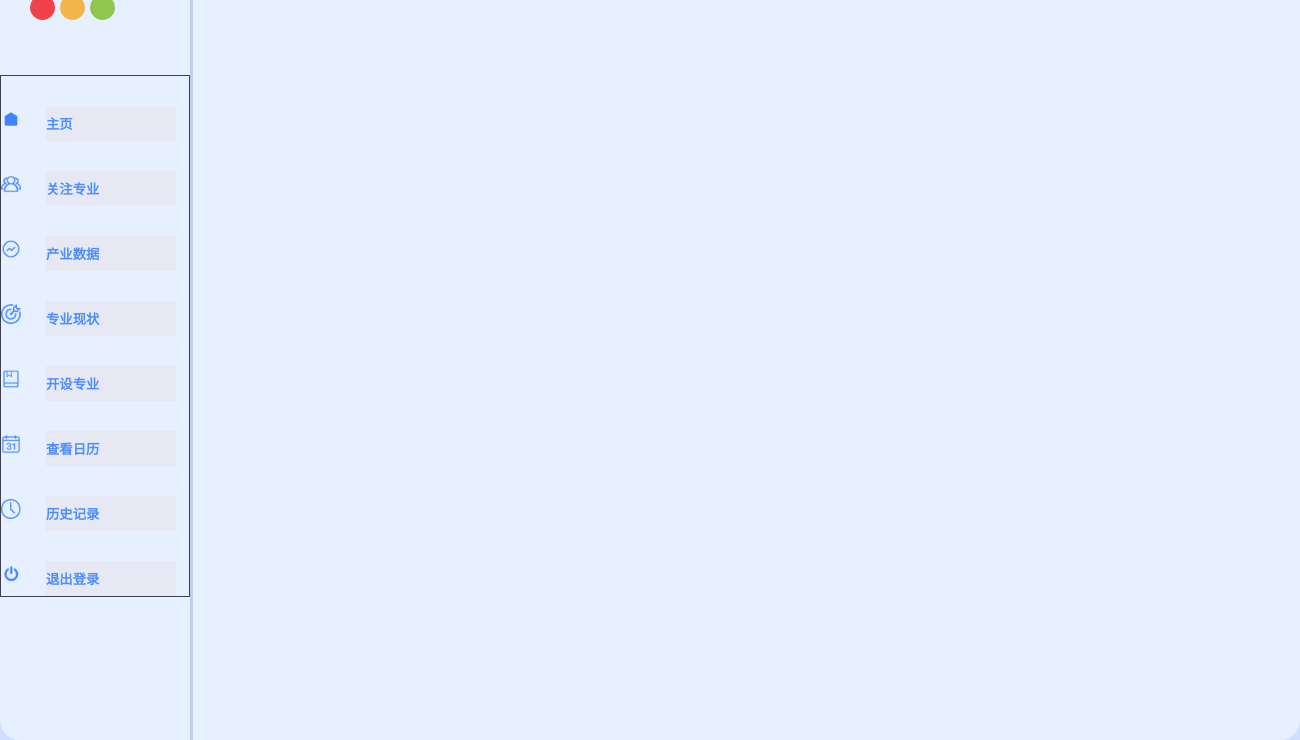
Repository: akaCSDN/test
Page: 2.1主页.html
An editor plug-in stored every save of this project. The page is shown before and after a run of saves, followed by the edit.
The browser window is 1280 px wide. The page is 1300 px wide, so the pictures cover 1300 px, including what lies to the right of the window. The pictures show the whole page.

Above is the page before, as saved 2022-12-02 15:06:32.

### 2.1主页.html
<!DOCTYPE html>
<html lang="en">
<head>
    <meta charset="UTF-8">
    <meta http-equiv="X-UA-Compatible" content="IE=edge">
    <meta name="viewport" content="width=device-width, initial-scale=1.0">
    <title>Document</title>
    <style type="text/css">
        *{
            margin: 0;
            padding: 0;
            border: 0;
        }
        .main{
            width: 1300px;
            height: 760px;
            /* border: 1px solid black; */
            border-radius: 20px;
            background-color: aliceblue;
            opacity: 0.7;
            position: absolute;
            top: 0;
            right: 0;
            bottom: 0;
            left: 0;
            margin: auto;

        }
        .left{
            width: 190px;
            height: 760px;
            border-radius: 20px 0px 0px 20px;
            border-right: 3px solid rgba(146, 169, 213, 0.622);
            /* border: 1px solid black; */
            position: absolute;
        }
        .circle-point{
            width: 100px;
            height: 30px;
            /* border: 1px solid black; */
            margin-left: 25px;
            margin-top: 15px;
        }
        .circle-point div{
            width: 25px;
            height: 25px;
            border-radius: 100% 100% 100% 100%;
            float: left;
            opacity: 1;
            /* position: absolute; */
            margin-left: 5px;

        }
        .button{
            width: auto;
            height: auto;
            border: 1px solid black;
            margin-top: 50px;
        }
        .button ul{
            list-style-type: none;
        }
        .button button{
            width: 130px;
            height: 35px;
            text-align: left;
            margin-left: 25px;
            color: rgba(0, 94, 255, 0.909);
            font-weight: 600;
            margin-top: 30px;

        }
        .button img{
            width: 20px;
            height: 20px;
        }
    </style>
</head>
<body style="background-color: rgb(209, 222, 254);">
    <div class="main">
        <div class="left">
            <div class="circle-point">
                <div style="background-color: red;"></div>
                <div style="background-color: orange;"></div>
                <div style="background-color:rgb(116, 189, 7);"></div>
            </div>
            <div class="button">
                    <img src="./icon/主页.png" alt=""><button>主页</button>
                    <br>
                    <img src="./icon/专业.png" alt=""><button>关注专业</button>
                    <br>
                    <img src="./icon/数据.png" alt=""><button>产业数据</button>
                    <br>
                    <img src="./icon/现状.png" alt=""><button>专业现状</button>
                    <br>
                    <img src="./icon/开设.png" alt=""><button>开设专业</button>
                    <br>
                    <img src="./icon/日历.png" alt=""><button>查看日历</button>
                    <br>
                    <img src="./icon/历史.png" alt=""><button>历史记录</button>
                    <br>
                    <img src="./icon/退出.png" alt=""><button>退出登录</button>

            </div>



        </div>

    </div>
</body>
</html>

After the next 3 saves:
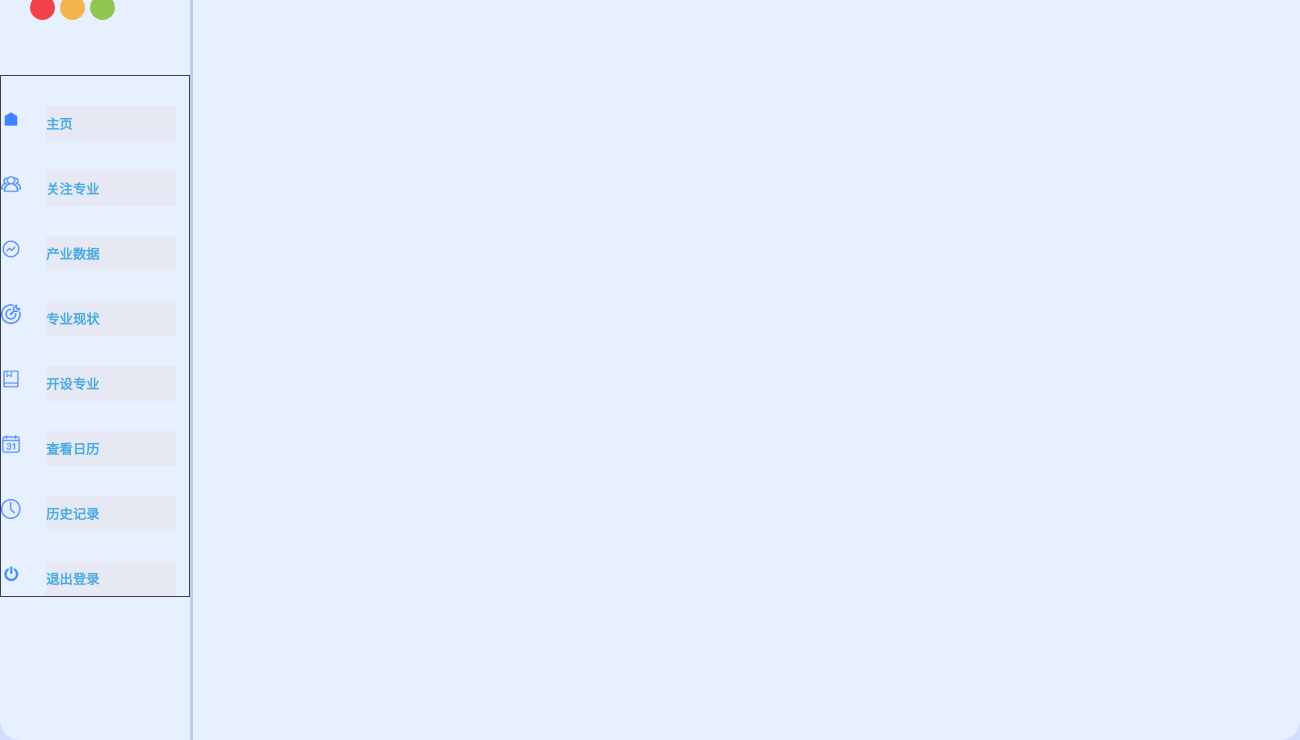
The 3 saves are shown as one change because they came seconds apart.
The last was saved 62 s later.
--- a/2.1主页.html
+++ b/2.1主页.html
@@ -65,7 +65,7 @@
             height: 35px;
             text-align: left;
             margin-left: 25px;
-            color: rgba(0, 94, 255, 0.909);
+            color:#1296db;
             font-weight: 600;
             margin-top: 30px;
 
